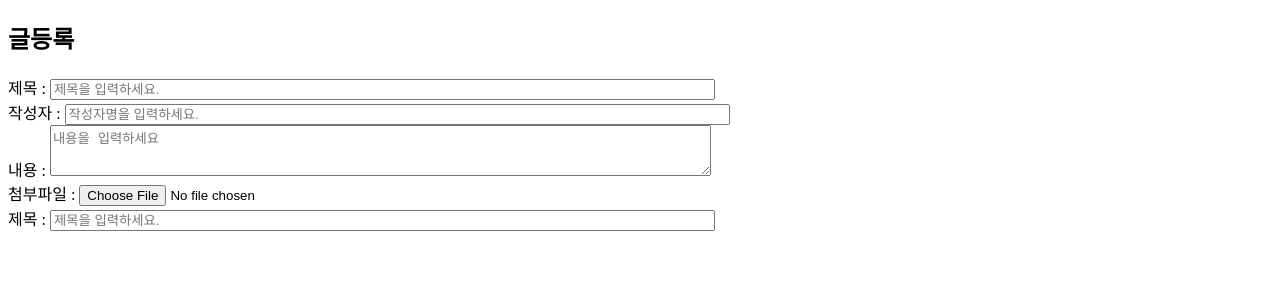
Repository: Park147/Django
Page: jango/pyboard/board/templates/board/register.html
An editor plug-in stored every save of this project. The page is shown before and after the next save, followed by the edit.
The browser window is 1280 px wide. The pictures show the whole page.

Above is the page before, as saved 2023-07-18 07:19:12.

After the next save:
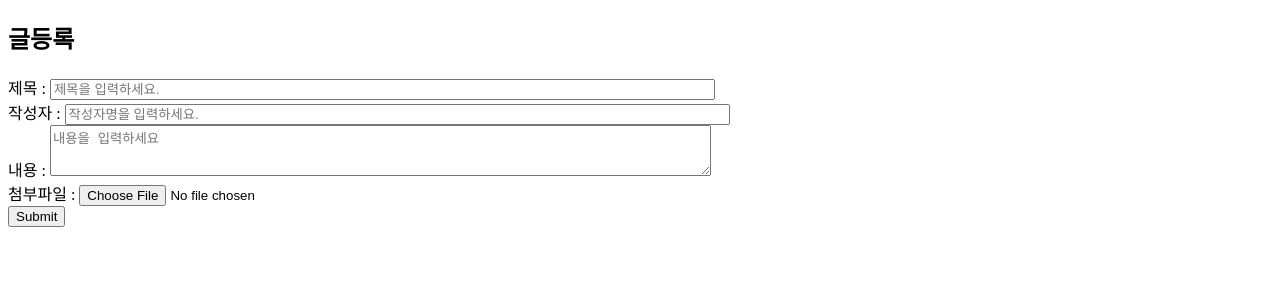
Saved 30 s later.
--- a/jango/pyboard/board/templates/board/register.html
+++ b/jango/pyboard/board/templates/board/register.html
@@ -11,7 +11,7 @@
 		<div> 작성자 : <input type="text" name="writer" size="80" placeholder="작성자명을 입력하세요."> </div>
 		<div> 내용 : <textarea rows="3" cols="80" name="content" placeholder="내용을 입력하세요"></textarea> </div>
 		<div style="width:800px"> 첨부파일 : <input type="file" name="filename" size="80"> </div>
-		<div> 제목 : <input type="text" name="title" size="80" placeholder="제목을 입력하세요."> </div>
+		<div><input type="submit" > </div>
 	</form>
 </body>
 </html>
